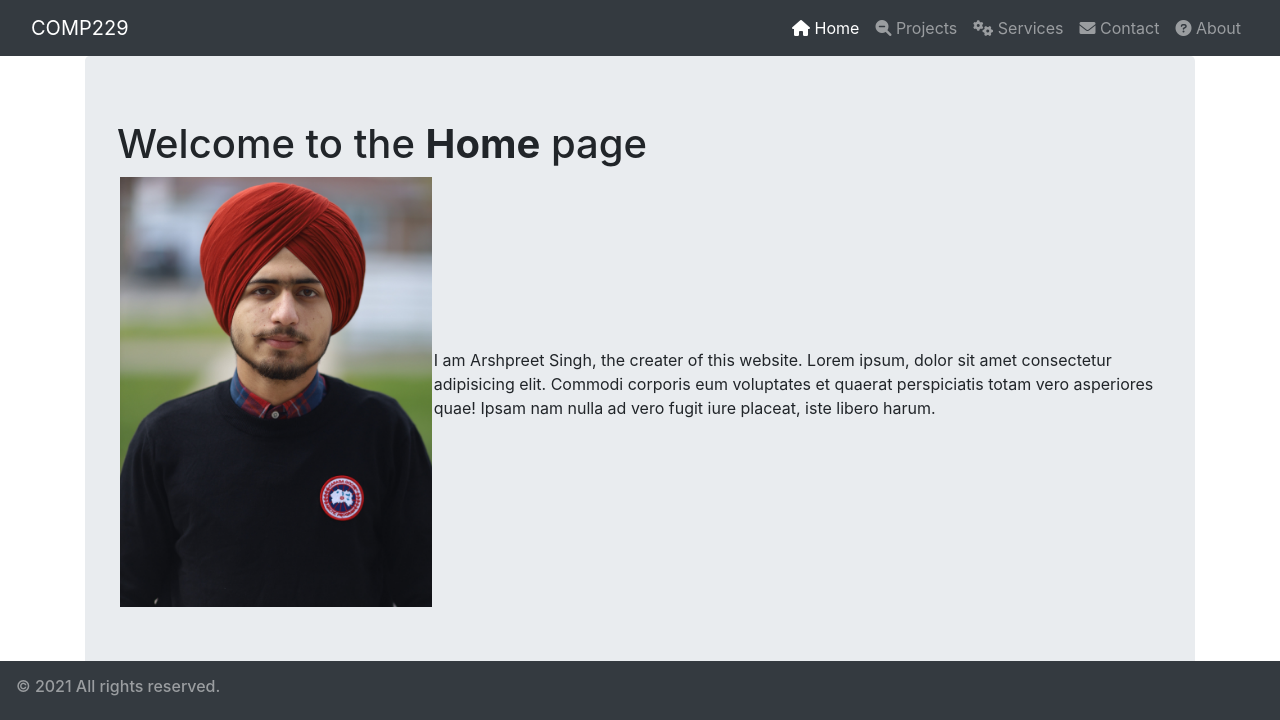
Repository: arsh16/week3_demo2
Page: http://localhost/
These files come from the project's save history. The page is drawn as it stood at one moment and after the next save; the edit follows.
The browser window is 1280 px wide. The pictures show the whole page.
Some web libraries are served in a nearby version. The page is served by the project's Node server (server.js).

Above is the page before, as saved 2021-09-30 17:53:15.

After the next save:
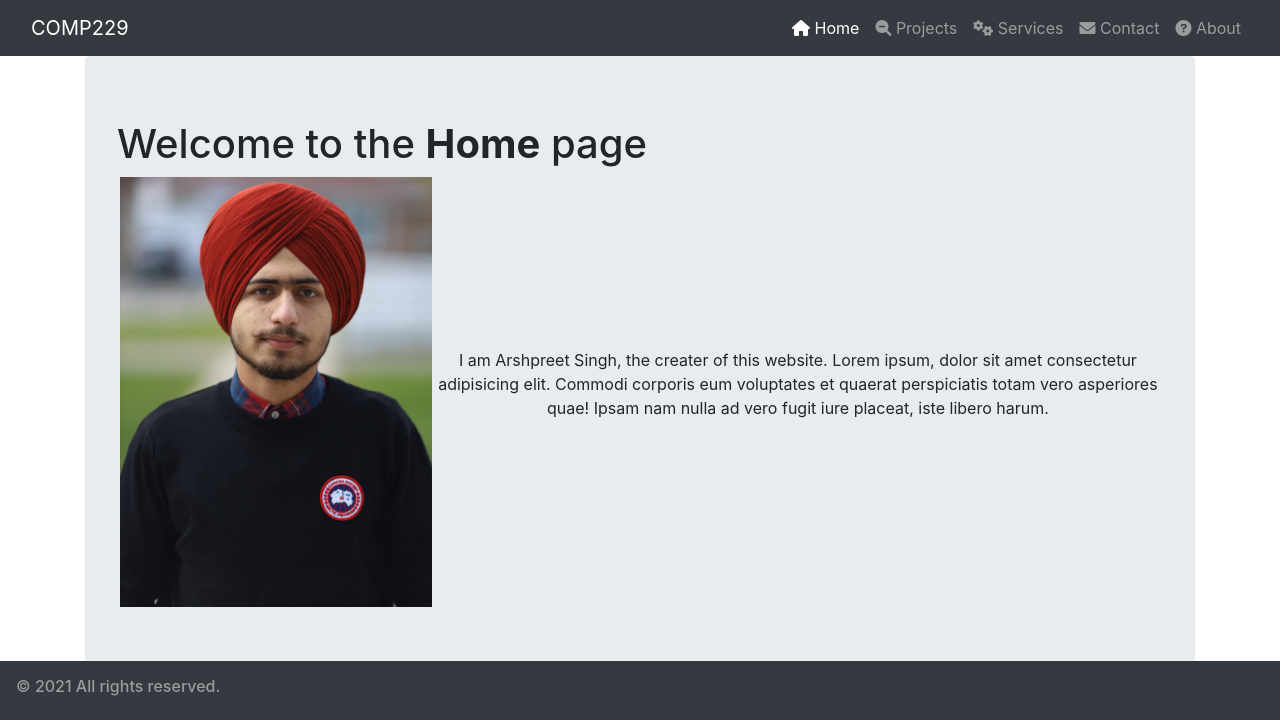
Saved 33 s later.
--- a/views/contents/home.ejs
+++ b/views/contents/home.ejs
@@ -4,7 +4,7 @@
             <img src="\Assets\images\arsh.jpg" width="100%" >
         </td>
         <td>
-            <p style="text-align: start;">I am Arshpreet Singh, the creater of this website. Lorem ipsum, dolor sit amet consectetur adipisicing elit. Commodi corporis eum voluptates et quaerat perspiciatis totam vero asperiores quae! Ipsam nam nulla ad vero fugit iure placeat, iste libero harum. </p>
+            <p style="text-align: center;">I am Arshpreet Singh, the creater of this website. Lorem ipsum, dolor sit amet consectetur adipisicing elit. Commodi corporis eum voluptates et quaerat perspiciatis totam vero asperiores quae! Ipsam nam nulla ad vero fugit iure placeat, iste libero harum. </p>
         </td>
     </th>
 </table>
